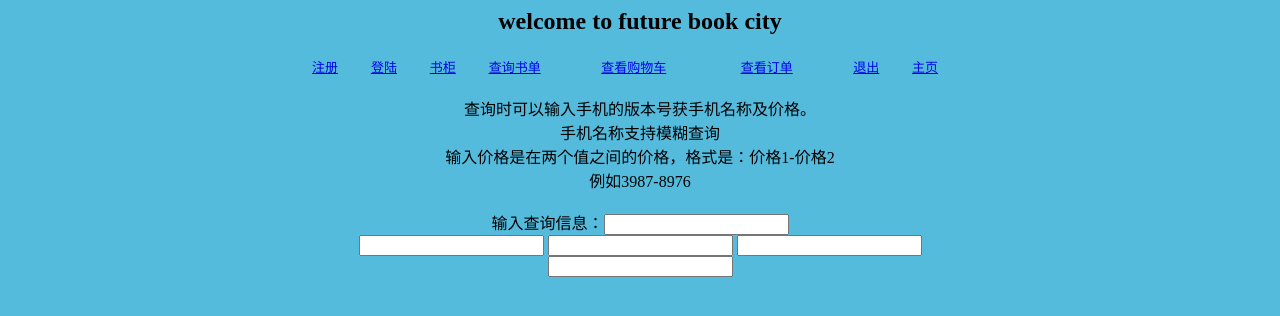
Repository: littleNiq/jsp
Page: http://localhost/mobileShop/searMobile.jsp
The author's editor kept a copy of each file at every save. The page is drawn from the files as they stood at one save, then again after the next save.
The browser window is 1280 px wide. The pictures show the whole page.
The page is served by Tomcat 9. Nobody is signed in. The application's start-up code is not run. Other server files are loaded and not shown.

Above is the page before, as saved 2016-09-02 12:28:20.

### jsp/myworkspace/mobileShop/WebRoot/searMobile.jsp
<%@ page contentType="text/html;charset=utf-8"%>
<html>
  <head>
    <%@ include file="head.txt"%>
  </head>
  <body bgcolor="#55BBDD">
    <div align="center">
      <br>查询时可以输入手机的版本号获手机名称及价格。
      <br>手机名称支持模糊查询
      <br>输入价格是在两个值之间的价格，格式是：价格1-价格2
      <br>例如3987-8976
      <form action="searchByConditionServlet" method="post">
        <br>输入查询信息：<input type="text" name="searchMess"/><br>
        <input type="text" name="searchMess"/>
        <input type="text" name="searchMess"/>
        <input type="text" name="searchMess"/>
        <br><input type="text" name="searchMess"/>
      </form>
    </div>
  </body>
</html>

### jsp/myworkspace/mobileShop/WebRoot/head.txt
<%@ page contentType="text/html;charset=utf-8"%>
<div align="center">
  <h2>welcome to future book city</h2>
  <table cellSpacing="1" cellPadding="1" width="660" align="center" border="0">
    <tr valign="buttom">
     <td><a href="inputRegisterMess.jsp"><font size="2" >注册</font></a></td>
     <td><a href="login.jsp"><font size="2" >登陆</font></a></td>
     <td><a href="lookMobile.jsp"><font size="2" >书柜</font></a></td>
     <td><a href="searchMobile.jsp"><font size="2" >查询书单</font></a></td>
     <td><a href="lookShoppingCar.jsp"><font size="2" >查看购物车</font></a></td>
     <td><a href="lookOrderForm.jsp"><font size="2" >查看订单</font></a></td>
     <td><a href="exitServlet"><font size="2" >退出</font></a></td>
     <td><a href="index.jsp"><font size="2" >主页</font></a></td>
    </tr>
  </table>
</div>

After the next save:
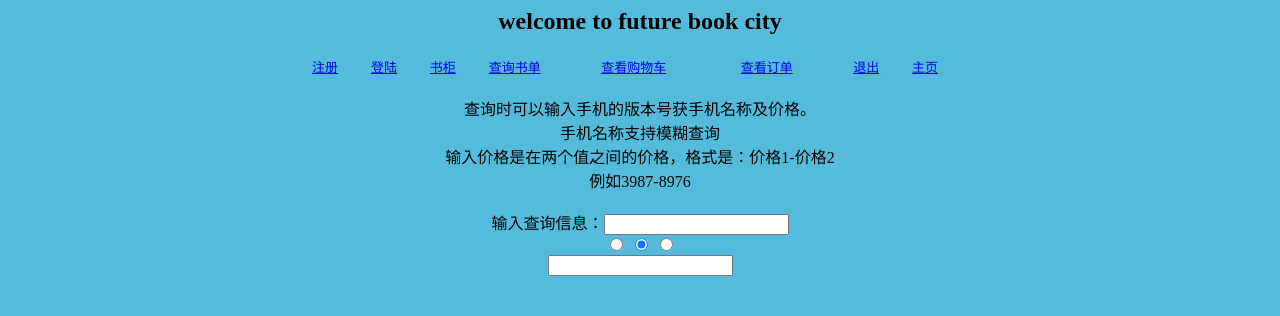
Saved 3 min 1 s later.
--- a/jsp/myworkspace/mobileShop/WebRoot/searMobile.jsp
+++ b/jsp/myworkspace/mobileShop/WebRoot/searMobile.jsp
@@ -11,9 +11,9 @@
       <br>例如3987-8976
       <form action="searchByConditionServlet" method="post">
         <br>输入查询信息：<input type="text" name="searchMess"/><br>
-        <input type="text" name="searchMess"/>
-        <input type="text" name="searchMess"/>
-        <input type="text" name="searchMess"/>
+        <input type="radio" name="radio" value="mobile_version"/>
+        <input type="radio" name="radio" value="mobile_name" checked="ok"/>
+        <input type="radio" name="radio" value="mobile_price"/>
         <br><input type="text" name="searchMess"/>
       </form>
     </div>
